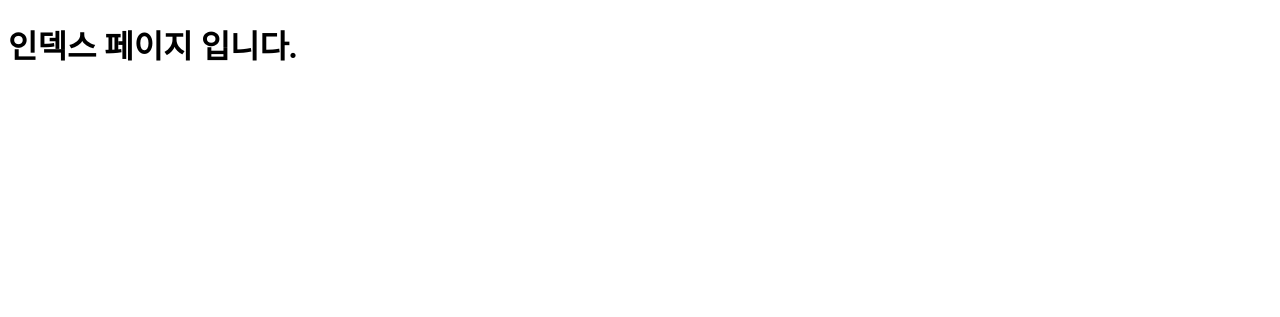
Repository: kimhaengun/Jsp
Page: http://localhost/hello/
An editor plug-in stored every save of this project. The page is shown before and after the next save, followed by the edit.
The browser window is 1280 px wide. The pictures show the whole page.
The page is served by Tomcat 9.

Above is the page before, as saved 2020-12-21 06:23:05.

After the next save:
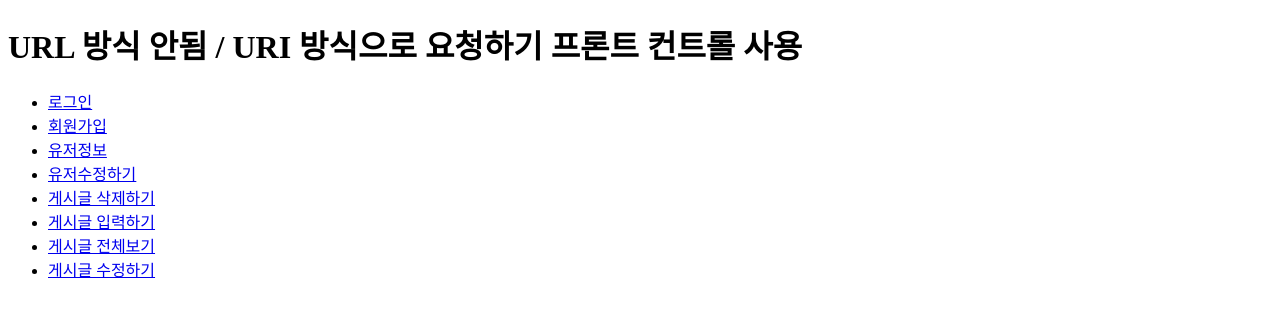
Saved 7 min 34 s later.
--- a/hello/WebContent/index.jsp
+++ b/hello/WebContent/index.jsp
@@ -7,6 +7,16 @@
 <title>Insert title here</title>
 </head>
 <body>
-<h1>인덱스 페이지 입니다.</h1>
+<h1>URL 방식 안됨 / URI 방식으로 요청하기 프론트 컨트롤 사용</h1>
+<ul>
+	<li><a href="user?gubun=login">로그인</a></li>
+	<li><a href="/user?gubun=join">회원가입</a></li>
+	<li><a href="user?gubun=selectOne">유저정보</a></li>
+	<li><a href="user?gubun=updateOne">유저수정하기</a></li>
+	<li><a href="board?gubun=deleteOne">게시글 삭제하기</a></li>
+	<li><a href="board?gubun=insertOne">게시글 입력하기</a></li>
+	<li><a href="board?gubun=selectOne">게시글 전체보기</a></li>
+	<li><a href="board?gubun=updateOne">게시글 수정하기</a></li>
+</ul>
 </body>
 </html>
